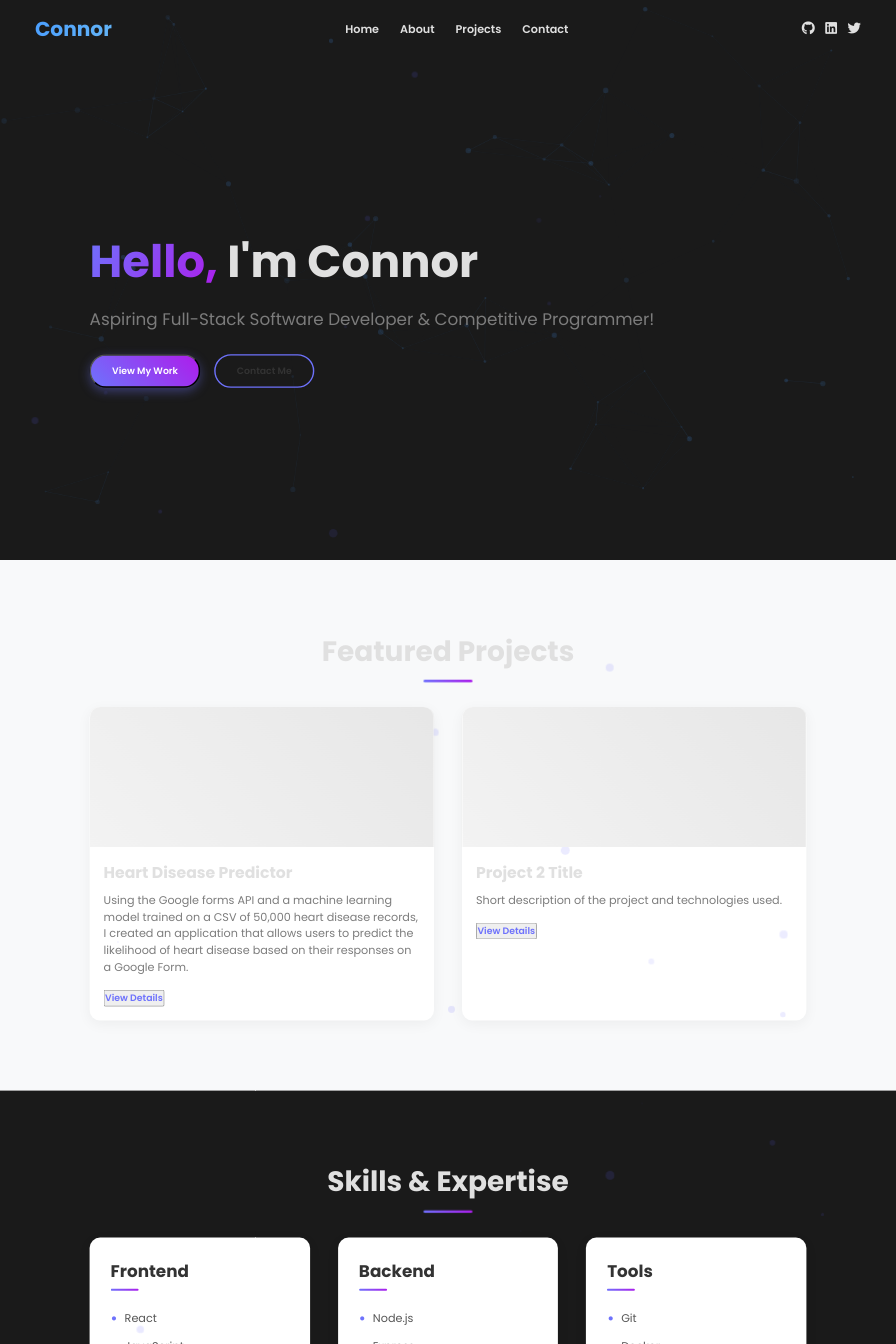
Repository: connorGS9/portfolio-website
Page: /
An editor plug-in stored every save of this project. The page is shown before and after the next save, followed by the edit.
The browser window is 1280 px wide. The pictures show the part of the page from y = 0 to 1920 px (the page is 3322 px tall), at 70% of full size.
The project was rebuilt for these pictures with package versions that can differ from the ones it lists, and the page was loaded fresh each time.

Above is the page before, as saved 2025-05-28 22:39:29.

After the next save:
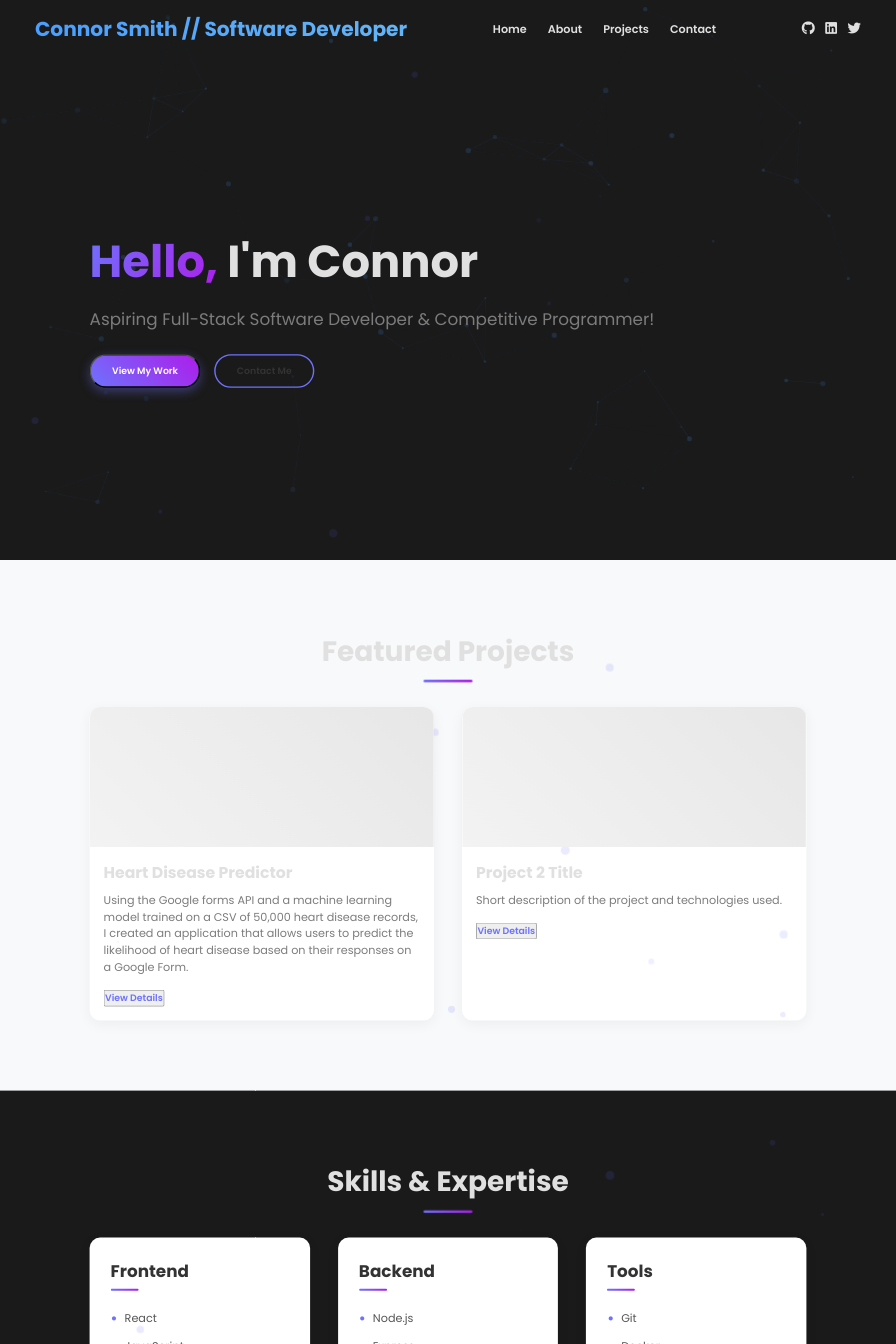
Saved 3 min 10 s later.
--- a/src/components/Navbar.jsx
+++ b/src/components/Navbar.jsx
@@ -34,7 +34,7 @@ const Navbar = () => {
           onClick={handleHomeClick}
           className="navbar__logo"
         >
-          <span className="logo-text">Connor</span>
+          <span className="logo-text">Connor Smith // Software Developer</span>
         </button>
 
         <button
